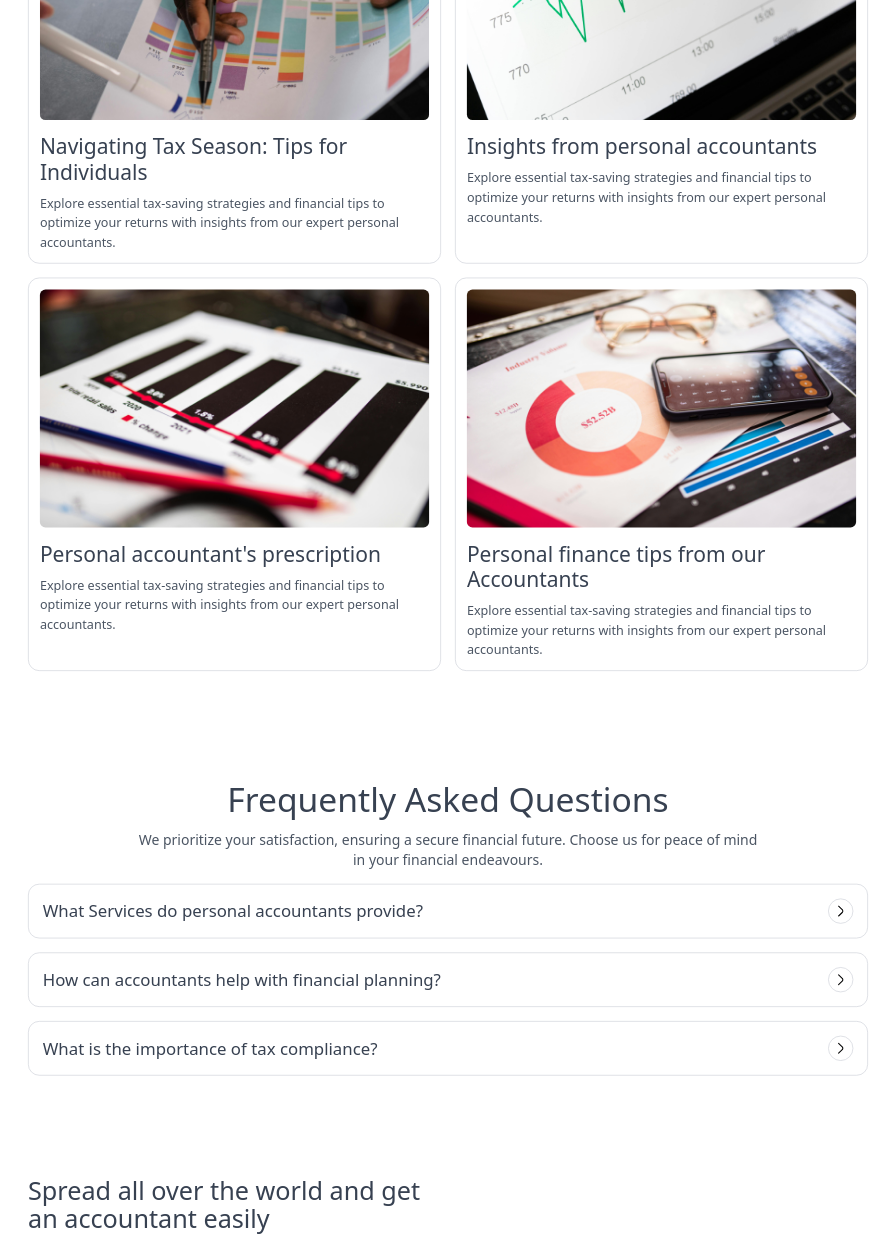
Repository: vespersolutionspk18/integrast-website
Page: /
The author's editor kept a copy of each file at every save. The page is drawn from the files as they stood at one save, then again after the next save.
The browser window is 1280 px wide. The pictures show the part of the page from y = 2272 to 4192 px (the page is 4072 px tall before and 4192 px after), at 70% of full size.
The project was rebuilt for these pictures with package versions that can differ from the ones it lists, and the page was loaded fresh each time. The framework's server and built-in components were replaced by stand-ins that run in the browser. Also part of the build but not shown: next.config.ts.

Above is the page before, as saved 2024-12-12 14:39:50.

### app/layout.tsx
import type { Metadata } from "next";
import localFont from "next/font/local";
import "./globals.css";

const geistSans = localFont({
  src: "./fonts/GeistVF.woff",
  variable: "--font-geist-sans",
  weight: "100 900",
});
const geistMono = localFont({
  src: "./fonts/GeistMonoVF.woff",
  variable: "--font-geist-mono",
  weight: "100 900",
});

export const metadata: Metadata = {
  title: "Integra Strategy",
  description: "-",
};

export default function RootLayout({
  children,
}: Readonly<{
  children: React.ReactNode;
}>) {
  return (
    <html lang="en">
      <body
        className={`${geistSans.variable} ${geistMono.variable} antialiased`}
      >
        {children}
      </body>
    </html>
  );
}

### app/page.tsx
import Image from "next/image";
import Header from "./Header";
import Hero from "./Hero";
import Services from "./Services";
import Postsart from "./Postsart";
import Faqsection from "./Faqsection";
import GetinTouchSection from "./GetinTouchSection";

export default function Home() {
  return (
    <div>
      <Header />
      <Hero />
      <Services />
      <Postsart />
      <Faqsection />
      <GetinTouchSection />
    </div>
  );
}

### app/Hero.tsx
import React from 'react'
import ButtonArrowwhite from "@/public/assets/buttonarrowwhite.svg";
import ButtonArrow from "@/public/assets/buttonarrow.svg";
const Hero = () => {
  return (
    <div className="flex flex-col p-10 ">
        <div className="flex flex-row mt-24 h-[190px] gap-5 ">
            <div className="w-[55%] flex flex-col">
                <h1 className="font-light font-sans text-6xl text-gray-600">Unlock Prosperity, <span className="text-gray-800">Choose Expert Guidance</span></h1>
                <h4 className="text-xl font-sans font-light text-gray-900 mt-6">Embark on a transformative journey to financial prosperity with our personalized accountancy services</h4>
            </div>
            <div className="w-[45%] flex flex-col justify-between ">
                <h4 className="text-xl text-justify font-light font-sans text-gray-900">Unlock tailored strategies, benefit from insightful guidances, and follow a clear pathway to achieve your financial success. Elevate your financial journey with our dedicated support and expertise. Contact us today to start your journey towards financial freedom.</h4>
                <div className="flex flex-row gap-5 pt-10">
                <div>
                <div id="button"
  className="group  bg-white h-[44px] flex-row border-[1px] border-gray-700 text-gray-900 text-[16px] py-1 px-1 font-light rounded-full hidden md:flex items-center justify-between w-[170px] transition-width duration-500 ease-in-out  hover:w-[195px] hover:bg-gray-700 hover:border-gray-700 hover:text-white hover:cursor-pointer "

>
  <div className="mx-3 font-sans font-regular">Get In Touch</div>
  <div className="bg-gray-700 rounded-full h-[36px] w-[36px] flex items-center justify-center transition-transform duration-500 ease-in-out group-hover:rotate-45">
    <ButtonArrowwhite className="h-[24px] w-[24px]" />
  </div>
            </div>
                </div>
                <div>
                <div id="button"
  className="group  bg-gray-700 h-[44px] flex-row border-[1px] border-gray-700 text-white text-[16px] py-1 px-1 font-light rounded-full hidden md:flex items-center justify-between w-[170px] transition-width duration-500 ease-in-out  hover:w-[195px] hover:bg-white hover:border-gray-700 hover:text-gray-700 hover:cursor-pointer "

>
  <div className="mx-3 font-sans font-regular">Get a Quote</div>
  <div className="bg-white rounded-full h-[36px] w-[36px] flex items-center justify-center transition-transform duration-500 ease-in-out group-hover:rotate-45 group-hover:border-[1px] group-hover:border-gray-700">
    <ButtonArrow className="h-[24px] w-[24px]" />
  </div>
            </div>
                </div>

                </div>
            </div>
        </div>


        <div className="flex flex-row h-[380px] gap-4 mt-16">
            <div className="w-[70%] transition-all duration-500 ease-in-out hover:w-[90%] rounded-2xl bg-cover bg-center" style={{backgroundImage: `url('/assets/heroimage3.jpg')`}}></div>
            <div className="w-[30%] transition-all duration-500 ease-in-out hover:w-[40%] flex flex-col justify-between ">
                <div className="w-full h-full rounded-2xl bg-cover bg-center" style={{backgroundImage: `url('/assets/heroimage4.jpg')`}}></div>
                <h5 className="font-sans text-gray-900 text-justify text-xl mt-3  font-light">Tailored solutions, expert guidance, and strategic planning to secure your wealth and achieve your financial goals seamlessly</h5>
            </div>
        </div>
    </div>
  )
}

export default Hero

### app/Services.tsx
import React from 'react'
import ButtonArrowwhite from "@/public/assets/buttonarrowwhite.svg";
import ButtonArrow from "@/public/assets/buttonarrow.svg";
const Services = () => {
  return (
    <div className="flex flex-col p-10 mt-16 items-center ">
        <div className="flex flex-row items-start justify-start ">
            <div className="w-1/2 font-sans font-light text-5xl text-gray-700">We collaborate across diverse industry landscapes</div>
            <div className="w-1/2 font-sans text-gray-900 text-justify text-xl  font-light">Our commitment to fostering dynamic collaboration allows to navigate the unique challenges and intricacies of various sectors. Our versatile approach ensures tailored solutions that resonate with the distinct needs of each industry.</div>
        </div>
        <div className="flex flex-row gap-5 mt-16">
            <div className="rounded-2xl w-1/3 h-[540px] bg-cover bg-center flex items-end  " style={{backgroundImage: `url('/assets/audit.jpg')`}}>
            <div className="group">
  <div className="bg-white m-4  rounded-[12px] flex flex-col relative transition-all duration-500 ease-in-out hover:pb-[120px] min-h-[180px]">
    <h5 className="ml-5 mt-5 mr-5 mb-5 font-sans text-3xl text-gray-700 font-light">
      Accounting & Finance
    </h5>
    <p className="ml-5 mr-5 mb-5 text-justify font-sans font-light text-xl text-gray-600">
      We are committed to serving the public interest by providing objective assurance over data on which investors rely.
    </p>
    {/* Hidden div */}
    <div className="absolute bottom-5 left-5 text-xl font-sans font-light  text-gray-600 px-4 py-2 rounded-md opacity-0 invisible transition-all duration-500 group-hover:opacity-100 group-hover:visible hover:text-black hover:cursor-pointer  hover:underline">
      Learn More
    </div>
  </div>
</div>

</div>
            <div className="rounded-2xl w-1/3 h-[540px] bg-cover bg-center flex items-end" style={{backgroundImage: `url('/assets/tax.jpg')`}}>
            <div className="group">
  <div className="bg-white m-4  rounded-[12px] flex flex-col relative transition-all duration-500 ease-in-out hover:pb-[120px] min-h-[180px]">
    <h5 className="ml-5 mt-5 mr-5 mb-5 font-sans text-3xl text-gray-700 font-light">
      Tax & Legal
    </h5>
    <p className="ml-5 mr-5 mb-5 text-justify font-sans font-light text-xl text-gray-600">
      We are committed to serving the public interest by providing objective assurance over data on which investors rely.
    </p>
    {/* Hidden div */}
    <div className="absolute bottom-5 left-5 text-xl font-sans font-light  text-gray-600 px-4 py-2 rounded-md opacity-0 invisible transition-all duration-500 group-hover:opacity-100 group-hover:visible hover:text-black hover:cursor-pointer  hover:underline">
      Learn More
    </div>
  </div>
</div>
</div>
            <div className="rounded-2xl w-1/3 h-[540px] bg-cover bg-center flex items-end" style={{backgroundImage: `url('/assets/tech.jpg')`}}>
            <div className="group">
  <div className="bg-white m-4  rounded-[12px] flex flex-col relative transition-all duration-500 ease-in-out hover:pb-[120px] min-h-[180px]">
    <h5 className="ml-5 mt-5 mr-5 mb-5 font-sans text-3xl text-gray-700 font-light">
      Technology & IT
    </h5>
    <p className="ml-5 mr-5 mb-5 text-justify font-sans font-light text-xl text-gray-600">
      We are committed to serving the public interest by providing objective assurance over data on which investors rely.
    </p>
    {/* Hidden div */}
    <div className="absolute bottom-5 left-5 text-xl font-sans font-light  text-gray-600 px-4 py-2 rounded-md opacity-0 invisible transition-all duration-500 group-hover:opacity-100 group-hover:visible hover:text-black hover:cursor-pointer  hover:underline">
      Learn More
    </div>
  </div>
</div>
</div>
        </div>
        <div className="mt-8">
                <div id="button"
  className="group  bg-white h-[44px] flex-row border-[1px] border-gray-700 text-gray-900 text-[16px] py-1 px-1 font-light rounded-full hidden md:flex items-center justify-between w-[190px] transition-width duration-500 ease-in-out hover:cursor-pointer  hover:w-[215px] hover:bg-gray-700 hover:border-gray-700 hover:text-white "

>
  <div className="mx-3 font-sans font-regular">View all Services</div>
  <div className="bg-gray-700 rounded-full h-[36px] w-[36px] flex items-center justify-center transition-transform duration-500 ease-in-out group-hover:rotate-45">
    <ButtonArrowwhite className="h-[24px] w-[24px]" />
  </div>
            </div>
                </div>
    </div>
  )
}

export default Services

### app/Postsart.tsx
import React from 'react'

const Postsart = () => {
  return (
    <div className="w-full flex flex-col p-10 items-center mt-20">
        <h2 className="text-5xl font-sans text-gray-700 font-light">Posts & Articles</h2>
        <p className="font-sans text-xl text-gray-800 font-light text-center mt-5">Stay up-to-date and enahnce your financial literacy with our engaging and informative<br></br>content your key to achieving financial success</p>
        <div className="flex flex-row mt-10 gap-5 w-full">
            <div className="hover:border-black hover:cursor-pointer flex flex-col rounded-2xl w-1/2  border-[1px] p-4 border-gray-300">
            <div className="w-full h-[340px] rounded-[8px] bg-cover bg-center" style={{backgroundImage: `url('/assets/post1.jpg')`}}></div>
            <h5 className="font-sans font-light text-3xl mt-5 text-gray-700">Navigating Tax Season: Tips for Individuals</h5>
            <p className="font-sans font-light text-gray-600 text-lg mt-3">Explore essential tax-saving strategies and financial tips to optimize your returns with insights from our expert personal accountants.</p>
            </div>
            <div className="hover:border-black hover:cursor-pointer flex flex-col rounded-2xl w-1/2  border-[1px] p-4 border-gray-300">
            <div className="w-full h-[340px] rounded-[8px] bg-cover bg-center" style={{backgroundImage: `url('/assets/post2.jpg')`}}></div>
            <h5 className="font-sans font-light text-3xl mt-5 text-gray-700">Insights from personal accountants</h5>
            <p className="font-sans font-light text-gray-600 text-lg mt-3">Explore essential tax-saving strategies and financial tips to optimize your returns with insights from our expert personal accountants.</p>
            </div>
        </div>
        <div className=" flex flex-row mt-5 gap-5 w-full">
            <div className="hover:border-black hover:cursor-pointer flex flex-col rounded-2xl w-1/2  border-[1px] p-4 border-gray-300">
            <div className="w-full h-[340px] rounded-[8px] bg-cover bg-center" style={{backgroundImage: `url('/assets/post3.jpg')`}}></div>
            <h5 className="font-sans font-light text-3xl mt-5 text-gray-700">Personal accountant's prescription</h5>
            <p className="font-sans font-light text-gray-600 text-lg mt-3">Explore essential tax-saving strategies and financial tips to optimize your returns with insights from our expert personal accountants.</p>
            </div>
            <div className="hover:border-black hover:cursor-pointer flex flex-col rounded-2xl w-1/2  border-[1px] p-4 border-gray-300">
            <div className="w-full h-[340px] rounded-[8px] bg-cover bg-center" style={{backgroundImage: `url('/assets/post4.jpg')`}}></div>
            <h5 className="font-sans font-light text-3xl mt-5 text-gray-700">Personal finance tips from our Accountants</h5>
            <p className="font-sans font-light text-gray-600 text-lg mt-3">Explore essential tax-saving strategies and financial tips to optimize your returns with insights from our expert personal accountants.</p>
            </div>
        </div>
    </div>
  )
}

export default Postsart

### app/Faqsection.tsx
"use client";
import React, { useState } from "react";
import ButtonRight from "@/public/assets/right.svg";

const Faqsection = () => {
  // Array of FAQs
  const faqs = [
    {
      question: "What Services do personal accountants provide?",
      answer:
        "Personal accountants provide a variety of services, including tax preparation, financial planning, and investment advice. They also help manage budgets, track expenses, and ensure compliance with financial regulations.",
    },
    {
      question: "How can accountants help with financial planning?",
      answer:
        "Accountants assist in creating budgets, managing investments, and developing long-term financial strategies tailored to individual needs.",
    },
    {
      question: "What is the importance of tax compliance?",
      answer:
        "Tax compliance ensures that individuals and businesses meet their legal obligations, avoiding penalties and fostering financial stability.",
    },
  ];

  // State to track which FAQ is expanded
  const [expandedIndex, setExpandedIndex] = useState(null);

  // Toggle function
  const toggleSection = (index) => {
    setExpandedIndex((prevIndex) => (prevIndex === index ? null : index));
  };

  return (
    <div className="flex flex-col p-10 items-center mt-20">
      <h2 className="font-sans font-light text-5xl text-gray-700">
        Frequently Asked Questions
      </h2>
      <p className="font-sans mt-5 font-light text-xl text-gray-600 text-center">
        We prioritize your satisfaction, ensuring a secure financial future.
        Choose us for peace of mind
        <br />
        in your financial endeavours.
      </p>
      <div className="w-full flex flex-col gap-5 mt-5">
        {faqs.map((faq, index) => (
          <div
            key={index}
            className={`border-[1px] ${
              expandedIndex === index ? "border-gray-500" : "border-gray-300"
            } rounded-2xl p-5 flex flex-col transition-all duration-500`}
          >
            <div
              onClick={() => toggleSection(index)}
              className="flex flex-row justify-between items-center cursor-pointer"
            >
              <h5 className="font-sans font-light text-2xl text-gray-700">
                {faq.question}
              </h5>
              <div
                className={`bg-white border-[1px] border-gray-300 rounded-full h-[36px] w-[36px] flex items-center justify-center transition-transform duration-500 ease-in-out ${
                  expandedIndex === index ? "rotate-90" : "rotate-0, "
                }`}
              >
                <ButtonRight className="h-[24px] w-[24px]" />
              </div>
            </div>
            {/* Expandable content */}
            <div
              className={`overflow-hidden transition-all duration-500 ease-in-out ${
                expandedIndex === index ? "max-h-[200px] mt-5" : "max-h-0"
              }`}
            >
              <p className="text-gray-600 font-sans font-light text-lg">{faq.answer}</p>
            </div>
          </div>
        ))}
      </div>
    </div>
  );
};

export default Faqsection;

### app/GetinTouchSection.tsx
import React from 'react'

const GetinTouchSection = () => {
  return (
    <div className="mt-16">
        <div className="flex flex-row p-10 ">
        <div className="w-1/2 font-sans font-light text-gray-700 text-4xl">
        <b>Spread all over the world</b> and get an accountant easily
        </div>
        <div className="flex flex-col">

        </div>
    </div>
    </div>
  )
}

export default GetinTouchSection

Loaded but not shown: app/globals.css (common file); app/Header.tsx (common file); tailwind.config.ts (common file)

After the next save:
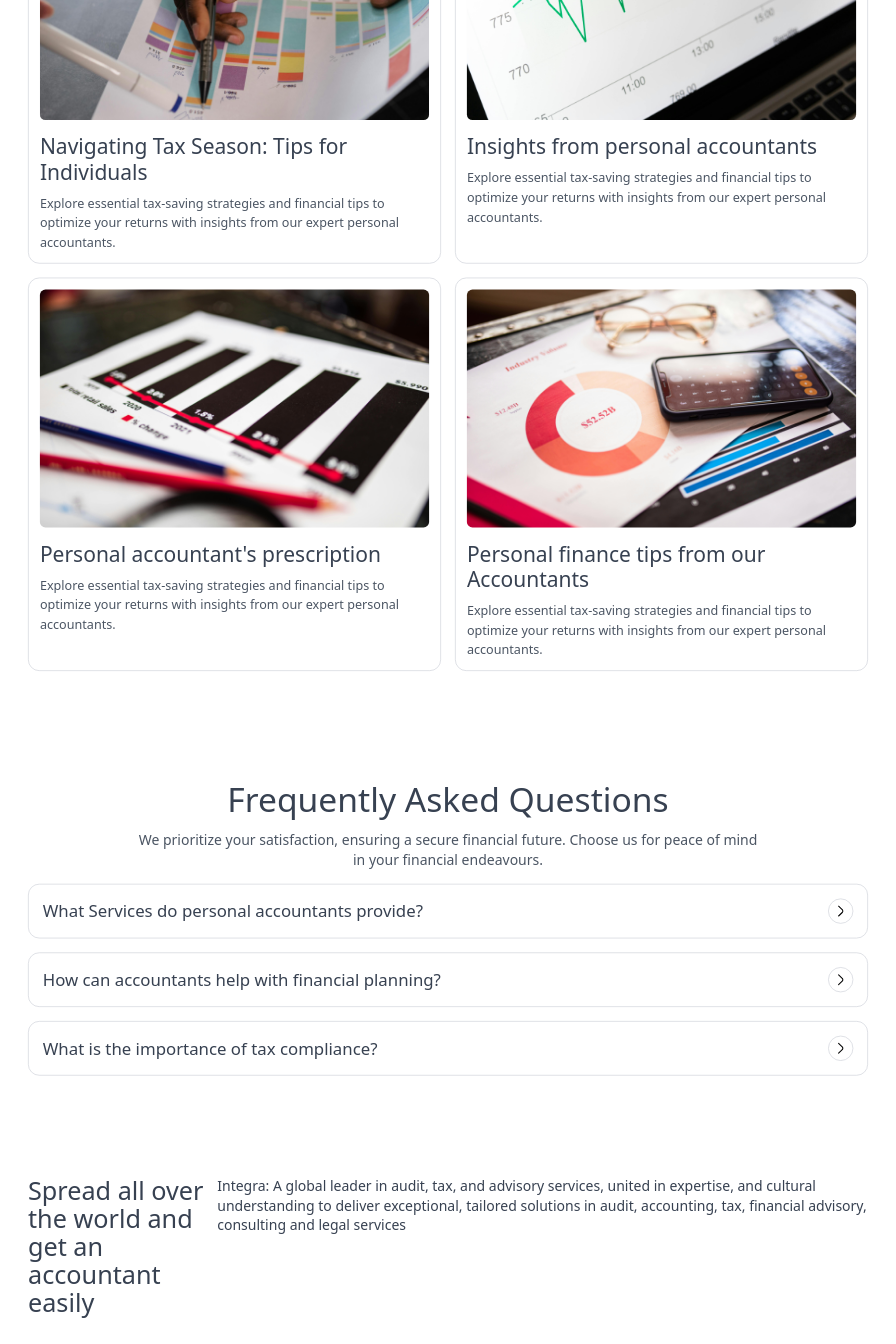
Saved 84 s later.
--- a/app/GetinTouchSection.tsx
+++ b/app/GetinTouchSection.tsx
@@ -8,7 +8,9 @@ const GetinTouchSection = () => {
         <b>Spread all over the world</b> and get an accountant easily
         </div>
         <div className="flex flex-col">
-
+        <p className="font-light text-xl text-gray-700 font-sans">
+            Integra: A global leader in audit, tax, and advisory services, united in expertise, and cultural understanding to deliver exceptional, tailored solutions in audit, accounting, tax, financial advisory, consulting and legal services
+        </p>
         </div>
     </div>
     </div>
